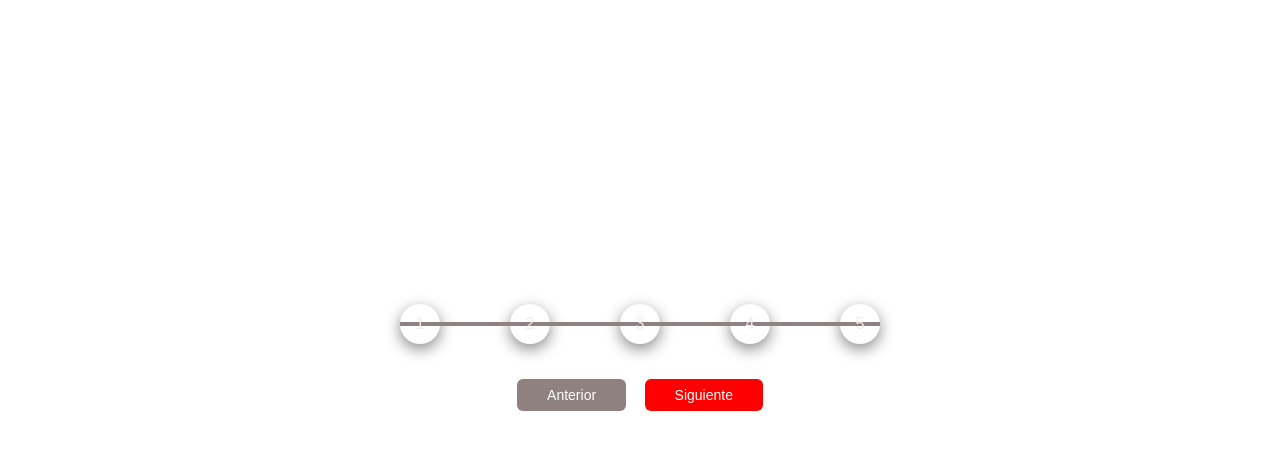
Repository: ElideZavala/Linea-de-tiempo
Page: index.html
The author's editor kept a copy of each file at every save. The page is drawn from the files as they stood at one save, then again after the next save.
The browser window is 1280 px wide. The pictures show the whole page.
Some web fonts or font styles are not loaded; a fallback is used.

Above is the page before, as saved 2021-05-28 09:54:35.

### index.html
<!DOCTYPE html>
<html lang="en">
<head>
	<meta charset="UTF-8">
	<meta http-equiv="X-UA-Compatible" content="IE=edge">
	<meta name="viewport" content="width=device-width, initial-scale=1.0">
	<link rel="stylesheet" href="style.css">
	<link rel="stylesheet" href="normalize.css">
	<title>Pasos de progreso </title>
</head>
<body>
	<div class="container">
		<div class="progress-container">
			<div class="progress" id="progress"></div>
			<div class="circle active">1</div>
			<div class="circle">2</div>
			<div class="circle">3</div>
			<div class="circle">4</div>
			<div class="circle">5</div>
		</div>

		<button class="btn" id="prev" disabled>Anterior</button>
		<button class="btn" id="next">Siguiente</button>
		<script src="script.js"></script>
	</div>
</body>
</html>

### style.css
/* @import url('https://fonts.googleapis.com/css2?family=Roboto:wght@400;700&display=swap'); */
@import url('https://fonts.googleapis.com/css?family=Muli&display=swap');


:root {
	--line-border-fill: red;
	--line-border-empty: rgb(144, 129, 129);
}

* {
	box-sizing: border-box;
}

body {
	font-family: 'Muli', sans-serif;
	display: flex;
	flex-direction: column;
	align-items: center;
	justify-content: center;
	height: 100vh;
	overflow: hidden;
	margin: 0;
}

.container {
	text-align: center;
}

.progress-container {
	display: flex;
	justify-content: space-between;
	position: relative;
	margin-bottom: 30px;
	max-width: 100%;
	width: 480px;
}

.progress-container::before {
	content: '';
	background-color: var( --line-border-empty);
	position: absolute;
	top: 50%;
	left: 0;
	transform: translateY(-50%);
	height: 4px;
	width: 100%;
	z-index: -1;
	transition: 0.4s ease;
}

.progress {
	background-color: var( --line-border-fill );
	position: absolute;
	top: 50%;
	left: 0;
	transform: translateY(-50%);
	height: 4px;
	width: 0%;
	z-index: -1;
	transition: 0.4s ease;
}

.circle {
	/* background-color: red; */
	color: #eee;
	border-radius: 50%;
	height: 40px;
	width: 40px;
	display: flex;
	align-items: center;
	justify-content: center;
	/* border: 3px solid var( --line-border-empty ); */
	transition: .4s ease;
	-moz-animation: rotacion 10s infinite linear;
	box-shadow: 0px 5px 15px #888;
}

@-moz-keyframes rotacion{
	0% {
		background-position: 0px 0px;
	}
	100%{
		background-position: -160px 0px;
	}
}

.sombra3d {
	background: url("bola3.png");
	position: absolute;
	width: 40px;
	height: 40px;
}

.circle.active {
	border-color: red;
}

.btn {
	background-color: var(--line-border-fill);
	color: #fff;
	border: 0;
	border-radius: 6px;
	cursor: pointer;
	font-family: inherit;
	padding: 8px 30px;
	margin: 5px 7px;
	font-size: 14px;
}

.btn:active {
	transform: scale(0.98);
}

.btn:focus {
	outline: 0;
}

.btn:disabled {
	background-color: var( --line-border-empty );
	cursor: not-allowed;
}

### script.js
const progress = document.querySelector('#progress');
const prev = document.querySelector('#prev');
const next = document.querySelector('#next');
const circles = document.querySelectorAll('.circle');

let currentActive = 1

next.addEventListener('click', () => {
	currentActive++

	if (currentActive > circles.length) {
		currentActive = circles.length
	}

	update();
})

prev.addEventListener('click', () => {
	currentActive--

	if (currentActive < 1) {
		currentActive = 1;
	}

	update();
})

function update() {
	circles.forEach((circle, idx) => {
		if (idx < currentActive) {
			circle.classList.add('active');
		} else {
			circle.classList.remove('active');
		}
	})

	const actives = document.querySelectorAll('.active');
	console.log(actives.length)

	const percent = (actives.length - 1) / (circles.length - 1) * 100 + '%';

	progress.style.width = percent;

	if (currentActive === 1) {
		prev.disabled = true;
	} else if (currentActive === circles.length) {
		next.disabled = true;
	} else {
		prev.disabled = false;
		next.disabled = false;
	}
}

Loaded but not shown: normalize.css (library)

After the next save:
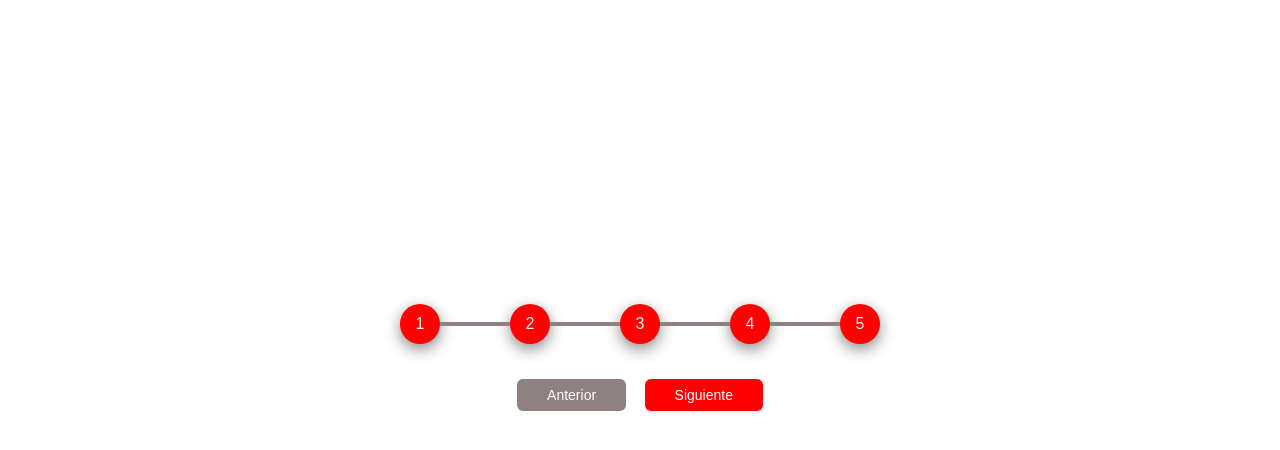
Saved 19 s later.
--- a/style.css
+++ b/style.css
@@ -61,7 +61,7 @@
 }
 
 .circle {
-	/* background-color: red; */
+	background-color: red;
 	color: #eee;
 	border-radius: 50%;
 	height: 40px;

After the 2 saves that followed:
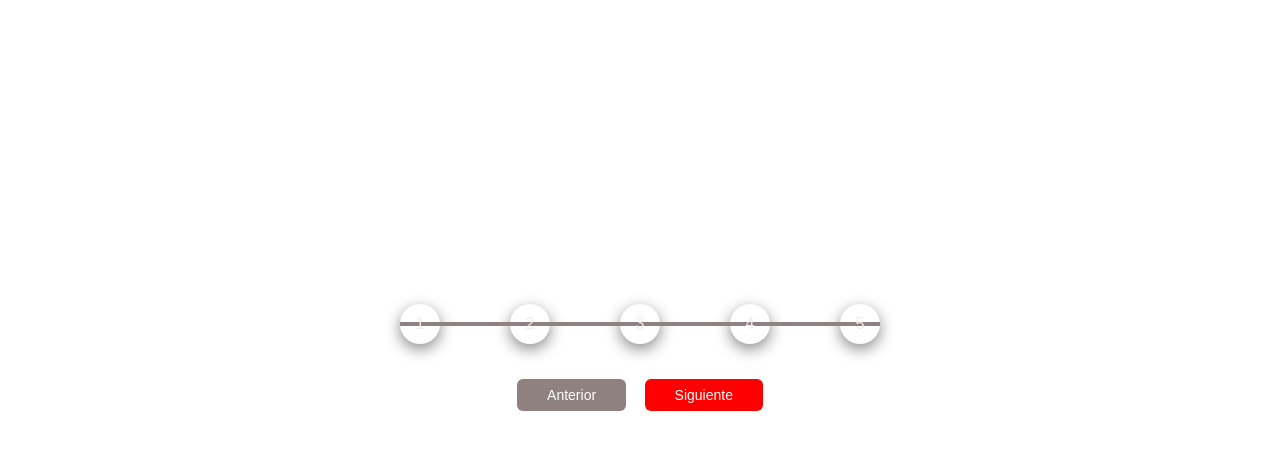
The 2 saves are shown as one change because 1 left the picture as it was.
The last was saved 16 s later.
--- a/style.css
+++ b/style.css
@@ -61,7 +61,7 @@
 }
 
 .circle {
-	background-color: red;
+	/* background-color: red; */
 	color: #eee;
 	border-radius: 50%;
 	height: 40px;
@@ -85,7 +85,7 @@
 }
 
 .sombra3d {
-	background: url("bola3.png");
+	background: url("./bola4.png");
 	position: absolute;
 	width: 40px;
 	height: 40px;
